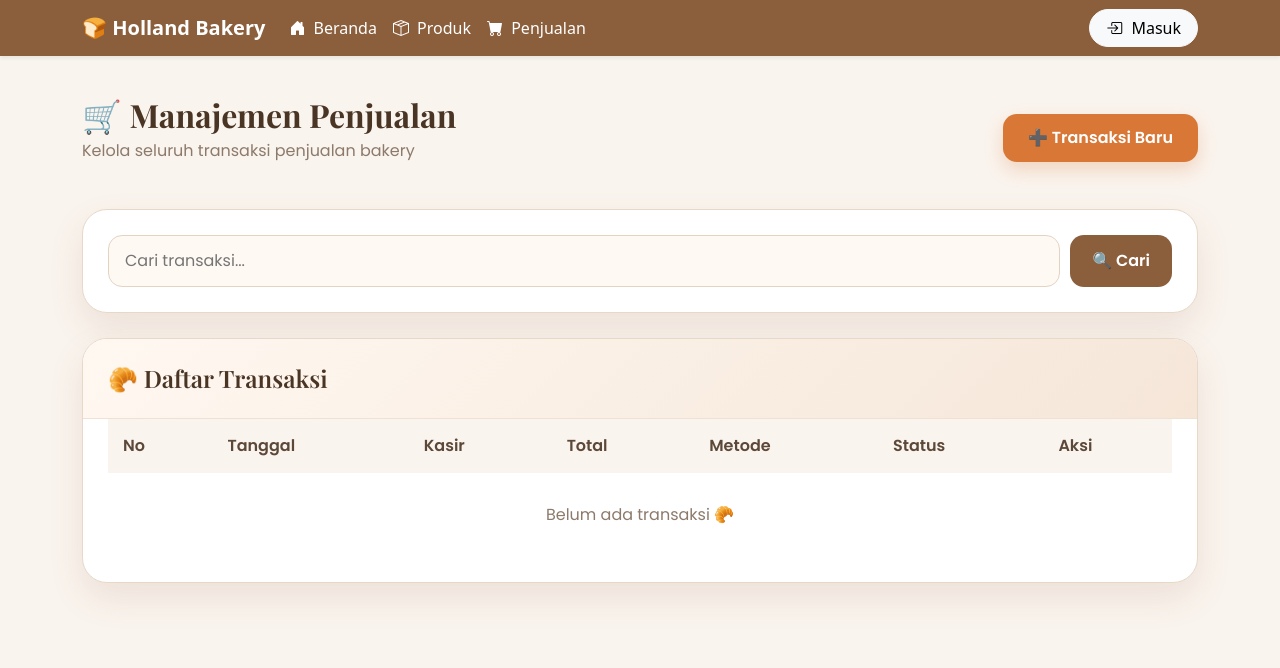
Repository: dheakhoerunnisaagustine/apk_pos4
Page: resources/views/penjualan/index.blade.php
These files come from the project's save history. The page is drawn as it stood at one moment and after the next save; the edit follows.
The browser window is 1280 px wide. The pictures show the whole page.
Some web fonts or font styles are not loaded; a fallback is used. The page is served by the project's Laravel application, run on PHP 8.4 with Laravel 12. Other server files are loaded and not shown. Style sheets and scripts are compiled from the project's sources, by tool versions that may differ from the author's. The template is opened directly, without the code that normally fills it, so the values that code supplies are empty.

Above is the page before, as saved 2026-08-11 08:37:47.

### routes/web.php
<?php

use Illuminate\Support\Facades\Route;
use App\Http\Controllers\AuthController;
use App\Http\Controllers\DashboardController;
use App\Http\Controllers\ItemPenjualanController;
use App\Http\Controllers\PenjualanController;
use App\Http\Controllers\ProdukController;
use App\Http\Controllers\UserController;

// Route Halaman Utama
Route::get('/', function () {
    return auth()->check()
        ? redirect()->route('dashboard')
        : redirect()->route('login');
});

// Route Tampilan Login (Hanya untuk Guest)
Route::middleware('guest')->group(function () {
    Route::get('/login', [AuthController::class, 'index'])->name('login');
});

// Route Eksekusi Login (Ditaruh di luar guest agar tidak kena redirect loop/expired saat ganti akun)
Route::post('/auth', [AuthController::class, 'auth'])->name('auth');

// Route yang hanya bisa diakses setelah login
Route::middleware('auth')->group(function () {
    Route::get('/dashboard', [DashboardController::class, 'index'])->name('dashboard');
    Route::post('/logout', [AuthController::class, 'logout'])->name('logout');

    // Khusus Admin
    Route::middleware('role:admin')->prefix('admin')->name('admin.')->group(function () {
        Route::get('/users', [UserController::class, 'index'])->name('users');
        Route::get('/users/create', [UserController::class, 'create'])->name('users.create');
        Route::post('/users/store', [UserController::class, 'store'])->name('users.store');
        Route::get('/users/edit/{user}', [UserController::class, 'edit'])->name('users.edit');
        Route::put('/users/update/{user}', [UserController::class, 'update'])->name('users.update');
        Route::delete('/users/destroy/{user}', [UserController::class, 'destroy'])->name('users.destroy');
    });

    // Admin & Kasir
    Route::middleware('role:admin,kasir')->group(function () {
        Route::resource('/produk', ProdukController::class);
        Route::resource('/penjualan', PenjualanController::class);
        Route::resource('/itempenjualan', ItemPenjualanController::class);
    });
});

### resources/views/penjualan/index.blade.php
@extends('layouts.app')

@section('title', 'Penjualan - Bakery POS')

@section('content')

@include('layouts.navbar')

<link href="https://fonts.googleapis.com/css2?family=Playfair+Display:wght@600;700&family=Poppins:wght@400;500;600&display=swap" rel="stylesheet">

<div style="
    background: #FAF4EE;
    min-height: 90vh;
    padding: 40px 20px;
    font-family: 'Poppins', sans-serif;
">
    <div class="container">

        <!-- HEADER -->
        <div style="
            display: flex;
            justify-content: space-between;
            align-items: center;
            margin-bottom: 30px;
        ">
            <div>
                <h2 style="
                    font-family: 'Playfair Display', serif;
                    color: #4A3525;
                    font-weight: 700;
                    margin: 0;
                ">
                    🛒 Manajemen Penjualan
                </h2>

                <p style="
                    color: #8C7A6B;
                    margin-top: 5px;
                ">
                    Kelola seluruh transaksi penjualan bakery
                </p>
            </div>

            <a href="{{ route('penjualan.create') }}" style="
                background: #D97736;
                color: white;
                padding: 12px 25px;
                border-radius: 14px;
                text-decoration: none;
                font-weight: 600;
                box-shadow: 0 8px 18px rgba(217, 119, 54, .25);
            ">
                ➕ Transaksi Baru
            </a>
        </div>

        @if(session('error'))
            <div class="alert alert-danger">
                {{ session('error') }}
            </div>
        @endif

        <!-- CARD SEARCH -->
        <div style="
            background: white;
            border-radius: 25px;
            border: 1px solid #E8D8C8;
            box-shadow: 0 15px 35px rgba(139, 94, 60, .12);
            margin-bottom: 25px;
        ">
            <div style="padding: 25px;">
                <form action="" method="GET">
                    <div style="display: flex; gap: 10px;">
                        <input
                            type="text"
                            name="search"
                            value="{{ request('search') }}"
                            placeholder="Cari transaksi..."
                            style="
                                flex: 1;
                                padding: 13px 16px;
                                border-radius: 14px;
                                border: 1px solid #E3D3C3;
                                background: #FFF9F4;
                            "
                        >

                        <button style="
                            background: #8B5E3C;
                            color: white;
                            border: none;
                            padding: 13px 22px;
                            border-radius: 14px;
                            font-weight: 600;
                        ">
                            🔍 Cari
                        </button>
                    </div>
                </form>
            </div>
        </div>

        <!-- TABLE CARD -->
        <div style="
            background: white;
            border-radius: 25px;
            border: 1px solid #E8D8C8;
            box-shadow: 0 15px 35px rgba(139, 94, 60, .12);
            overflow: hidden;
        ">

            <div style="
                padding: 25px;
                background: linear-gradient(135deg, #FFF8F1, #F5E6D8);
                border-bottom: 1px solid #F0E2D3;
            ">
                <h4 style="
                    margin: 0;
                    font-family: 'Playfair Display', serif;
                    color: #4A3525;
                ">
                    🥐 Daftar Transaksi
                </h4>
            </div>

            <div style="overflow-x: auto; padding: 0 25px 25px;">
                <table width="100%" style="border-collapse: collapse;">
                    <thead>
                        <tr style="
                            background:#FAF4EE;
                            color:#5C4838;
                        ">
                            <th style="padding:15px;">No</th>
                            <th style="padding:15px;">Tanggal</th>
                            <th style="padding:15px;">Kasir</th>
                            <th style="padding:15px;">Total</th>
                            <th style="padding:15px;">Metode</th>
                            <th style="padding:15px;">Status</th>
                            <th style="padding:15px;">Aksi</th>
                        </tr>
                    </thead>

                    <tbody>
                        @forelse($sales as $sale)
                            <tr style="border-bottom:1px solid #F0E2D3;">
                                <td style="padding:15px;text-align:center;">
                                    {{ $sales->firstItem() + $loop->index }}
                                </td>

                                <td style="padding:15px;">
                                    {{ $sale->updated_at->format('d-m-Y H:i') }}
                                </td>

                                <td style="padding:15px;font-weight:600;color:#4A3525;">
                                    {{ $sale->kasir->name ?? '-' }}
                                </td>

                                <td style="
                                    padding:15px;
                                    color:#8B5E3C;
                                    font-weight:600;
                                ">
                                    Rp {{ number_format($sale->total_pembayaran, 0, ',', '.') }}
                                </td>

                                <td style="padding:15px;">
                                    {{ strtoupper($sale->metode_pembayaran) }}
                                </td>

                                <td style="padding:15px;">
                                    @if($sale->status == 'OPEN')
                                        <span style="
                                            background:#F5D7B8;
                                            color:#6B4328;
                                            padding:7px 14px;
                                            border-radius:15px;
                                            font-weight:600;
                                            font-size:13px;
                                        ">
                                            BUKA
                                        </span>
                                    @else
                                        <span style="
                                            background:#DDEBE7;
                                            color:#35685A;
                                            padding:7px 14px;
                                            border-radius:15px;
                                            font-weight:600;
                                            font-size:13px;
                                        ">
                                            SELESAI
                                        </span>
                                    @endif
                                </td>

                                <td style="padding:15px;">
                                    <div style="
                                        display:flex;
                                        justify-content:center;
                                        gap:8px;
                                    ">
                                        <!-- DETAIL -->
                                        <a href="{{ route('penjualan.show', $sale->id) }}" style="
                                            width:38px;
                                            height:38px;
                                            background:#DDEBE7;
                                            color:#35685A;
                                            border-radius:12px;
                                            display:flex;
                                            align-items:center;
                                            justify-content:center;
                                            text-decoration:none;
                                        ">
                                            👁
                                        </a>

                                        @can('view', $sale)
                                            @if($sale->status == 'OPEN')
                                                <a href="{{ route('penjualan.edit', $sale->id) }}" style="
                                                    width:38px;
                                                    height:38px;
                                                    background:#F5D7B8;
                                                    color:#6B4328;
                                                    border-radius:12px;
                                                    display:flex;
                                                    align-items:center;
                                                    justify-content:center;
                                                    text-decoration:none;
                                                ">
                                                    ✏️
                                                </a>
                                            @endif
                                        @endcan

                                        @can('delete', $sale)
                                            @if($sale->status == 'OPEN')
                                                <form action="{{ route('penjualan.destroy', $sale->id) }}" method="POST">
                                                    @csrf
                                                    @method('DELETE')

                                                    <button onclick="return confirm('Yakin hapus transaksi?')" style="
                                                        width:38px;
                                                        height:38px;
                                                        background:#E8B4A8;
                                                        color:#7A2E22;
                                                        border:none;
                                                        border-radius:12px;
                                                        cursor:pointer;
                                                    ">
                                                        🗑️
                                                    </button>
                                                </form>
                                            @endif
                                        @endcan
                                    </div>
                                </td>
                            </tr>
                        @empty
                            <tr>
                                <td colspan="7" style="
                                    padding:30px;
                                    text-align:center;
                                    color:#8C7A6B;
                                ">
                                    Belum ada transaksi 🥐
                                </td>
                            </tr>
                        @endforelse
                    </tbody>
                </table>
            </div>
        </div>

        <div style="margin-top:20px;">
            {{ $sales->links() }}
        </div>

    </div>
</div>

@endsection

### resources/views/layouts/navbar.blade.php
<nav class="navbar navbar-expand-lg shadow-sm" style="background:#8B5E3C;">
    <div class="container">

        <a class="navbar-brand text-white fw-bold" href="{{ route('dashboard') }}">
            🍞 Holland Bakery
        </a>

        <button class="navbar-toggler bg-light" type="button"
            data-bs-toggle="collapse"
            data-bs-target="#navbarSupportedContent">
            <span class="navbar-toggler-icon"></span>
        </button>

        <div class="collapse navbar-collapse" id="navbarSupportedContent">

            <ul class="navbar-nav me-auto mb-2 mb-lg-0">

                <li class="nav-item">
                    <a class="nav-link text-white {{ Request::is('dashboard') ? 'fw-bold border-bottom border-2' : '' }}"
                        href="{{ route('dashboard') }}">
                        <i class="bi bi-house-door-fill me-1"></i>
                        Beranda
                    </a>
                </li>

                @can('viewAny', App\Models\User::class)
                <li class="nav-item">
                    <a class="nav-link text-white {{ Request::is('admin/users') ? 'fw-bold border-bottom border-2' : '' }}"
                        href="{{ route('admin.users') }}">
                        <i class="bi bi-people-fill me-1"></i>
                        Pengguna
                    </a>
                </li>
                @endcan

                <li class="nav-item">
                    <a class="nav-link text-white {{ Request::is('produk*') ? 'fw-bold border-bottom border-2' : '' }}"
                        href="{{ route('produk.index') }}">
                        <i class="bi bi-box-seam me-1"></i>
                        Produk
                    </a>
                </li>

                <li class="nav-item">
                    <a class="nav-link text-white {{ Request::is('penjualan*') ? 'fw-bold border-bottom border-2' : '' }}"
                        href="{{ route('penjualan.index') }}">
                        <i class="bi bi-cart-fill me-1"></i>
                        Penjualan
                    </a>
                </li>

            </ul>

            <div class="d-flex align-items-center">

                @auth
                    <div class="text-white text-end me-3">
                        <small>Login sebagai</small><br>
                        <strong>{{ Auth::user()->name }}</strong>
                    </div>

                    <form action="{{ route('logout') }}" method="POST">
                        @csrf
                        <button class="btn btn-light rounded-pill px-3">
                            <i class="bi bi-box-arrow-right"></i>
                            Logout
                        </button>
                    </form>
                @else
                    <a href="{{ route('login') }}" class="btn btn-light rounded-pill px-3">
                        <i class="bi bi-box-arrow-in-right"></i>
                        Masuk
                    </a>
                @endauth

            </div>

        </div>

    </div>
</nav>

### app/Policies/DashboardPolicy.php
<?php

namespace App\Policies;

use App\Models\User;

class DashboardPolicy
{
    /**
     * Create a new policy instance.
     */
    public function viewAny(User $user)
{
    return $user->role && $user->role->name === 'admin';
}
}

### resources/views/layouts/app.blade.php
<!DOCTYPE html>
<html lang="id">
<head>
    <meta charset="UTF-8">
    <meta name="viewport" content="width=device-width, initial-scale=1">

    <title>@yield('title') | Bakery POS</title>

    @vite(['resources/css/app.css', 'resources/js/app.js'])
</head>

<body class="bg-light">

    @yield('content')

</body>
</html>

### resources/css/app.css
@import "bootstrap/dist/css/bootstrap.min.css";
@import "bootstrap-icons/font/bootstrap-icons.css";
@import './dashboard.css';

@source '../../vendor/laravel/framework/src/Illuminate/Pagination/resources/views/*.blade.php';
@source '../../storage/framework/views/*.php';
@source '../**/*.blade.php';
@source '../**/*.js';

@theme {
    --font-sans: 'Instrument Sans', ui-sans-serif, system-ui, sans-serif, 'Apple Color Emoji', 'Segoe UI Emoji',
        'Segoe UI Symbol', 'Noto Color Emoji';
}

### resources/css/dashboard.css
body{
    background:#f8f5f2;
}


.page-title{
    font-weight:bold;
    color:#6f4e37;
}


.stat-card{
    border:none;
    border-radius:15px;
    box-shadow:0 5px 15px rgba(0,0,0,.08);
    transition:.3s;
}


.stat-card:hover{
    transform:translateY(-5px);
}


.stat-icon{
    width:60px;
    height:60px;
    border-radius:50%;
    display:flex;
    justify-content:center;
    align-items:center;
    font-size:28px;
    color:white;
}


.bg-brown{
    background:#8B5E3C;
}


.bg-orange{
    background:#D4A373;
}


.bg-green{
    background:#28a745;
}


.bg-red{
    background:#dc3545;
}


.table-card{
    border:none;
    border-radius:15px;
    box-shadow:0 5px 15px rgba(0,0,0,.08);
}


.card-title-custom{
    color:#6f4e37;
    font-weight:bold;
}


.card{
    border:none;
    border-radius:18px;
    box-shadow:0 10px 25px rgba(0,0,0,.08);
    transition:.3s;
}


.card:hover{
    transform:translateY(-4px);
}



/* =====================
   BUTTON BAKERY USER
===================== */


.btn-bakery-edit {

    background:#D8A47F;
    color:white;
    border-radius:30px;
    padding:8px 18px;
    font-weight:600;
    border:none;
    transition:.3s;

}


.btn-bakery-edit:hover {

    background:#B9825A;
    color:white;
    transform:translateY(-2px);

}



.btn-bakery-delete {

    background:#E98B8B;
    color:white;
    border-radius:30px;
    padding:8px 18px;
    font-weight:600;
    border:none;
    transition:.3s;

}


.btn-bakery-delete:hover {

    background:#D85C5C;
    color:white;
    transform:translateY(-2px);

}



.btn i{
    margin-right:5px;
}

Loaded but not shown: resources/js/bootstrap.js (common file)

After the next save:
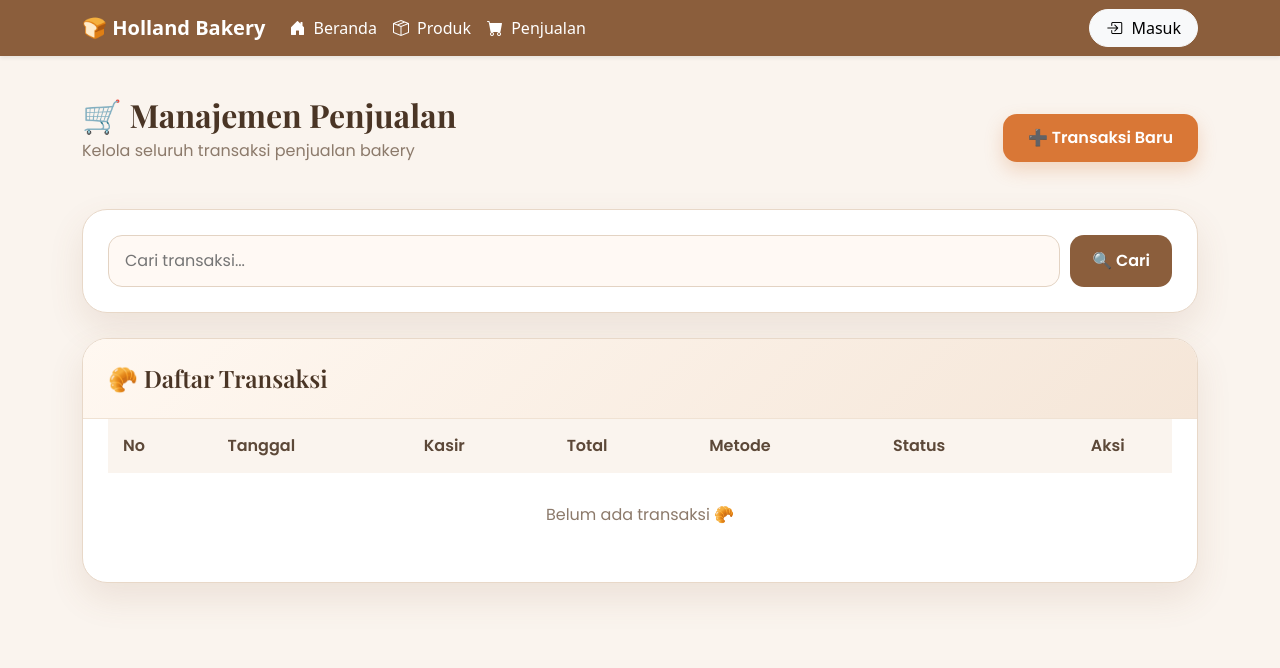
Saved 82 s later.
--- a/resources/views/penjualan/index.blade.php
+++ b/resources/views/penjualan/index.blade.php
@@ -136,7 +136,7 @@
                             <th style="padding:15px;">Total</th>
                             <th style="padding:15px;">Metode</th>
                             <th style="padding:15px;">Status</th>
-                            <th style="padding:15px;">Aksi</th>
+                            <th style="padding:15px; text-align: center;">Aksi</th>
                         </tr>
                     </thead>
 
